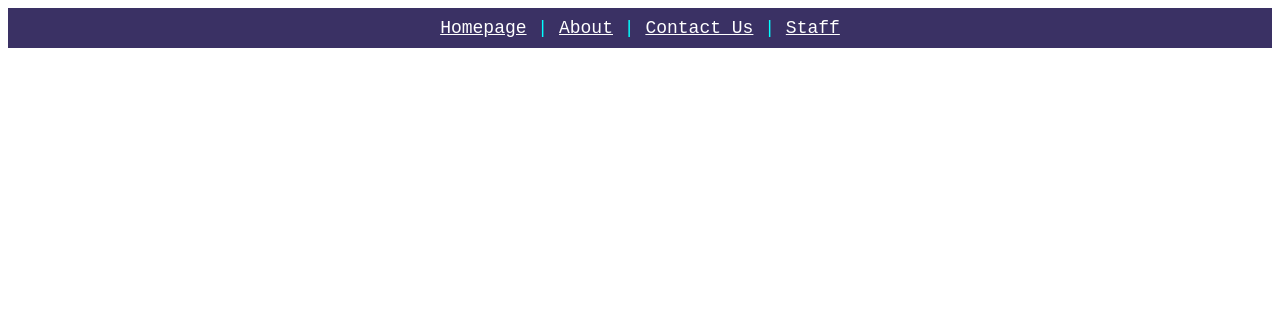
Repository: ficotims/HTML-RESTART
Page: Homepage.html
The author's editor kept a copy of each file at every save. The page is drawn from the files as they stood at one save, then again after the next save.
The browser window is 1280 px wide. The pictures show the whole page.

Above is the page before, as saved 2026-02-10 18:44:52.

After the next save:
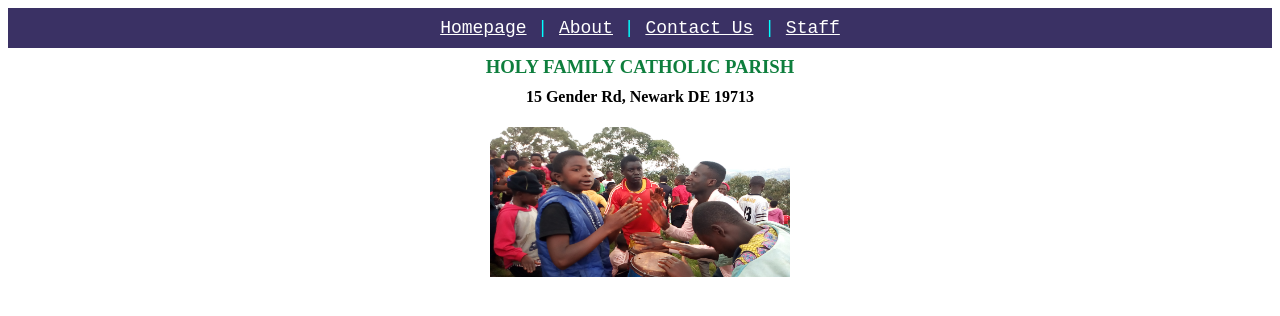
Saved 23 s later.
--- a/Homepage.html
+++ b/Homepage.html
@@ -15,5 +15,16 @@
     <a href="staff.html" style="color: white;">Staff</a>
      </div>
 
+ <div style="text-align: center;">
+    <h3><span style="color: rgb(14, 126, 61);"><div style="line-height: 0;">HOLY FAMILY CATHOLIC PARISH</b></span></h3>
+    <H4>15 Gender Rd, Newark DE 19713</H4>
+    <img
+        src="images/Acension.jpg"
+        alt="Catholic Church Logo"
+        width="300"
+        height="150"
+      />
+      </div>
+
   </body>
 </html>
